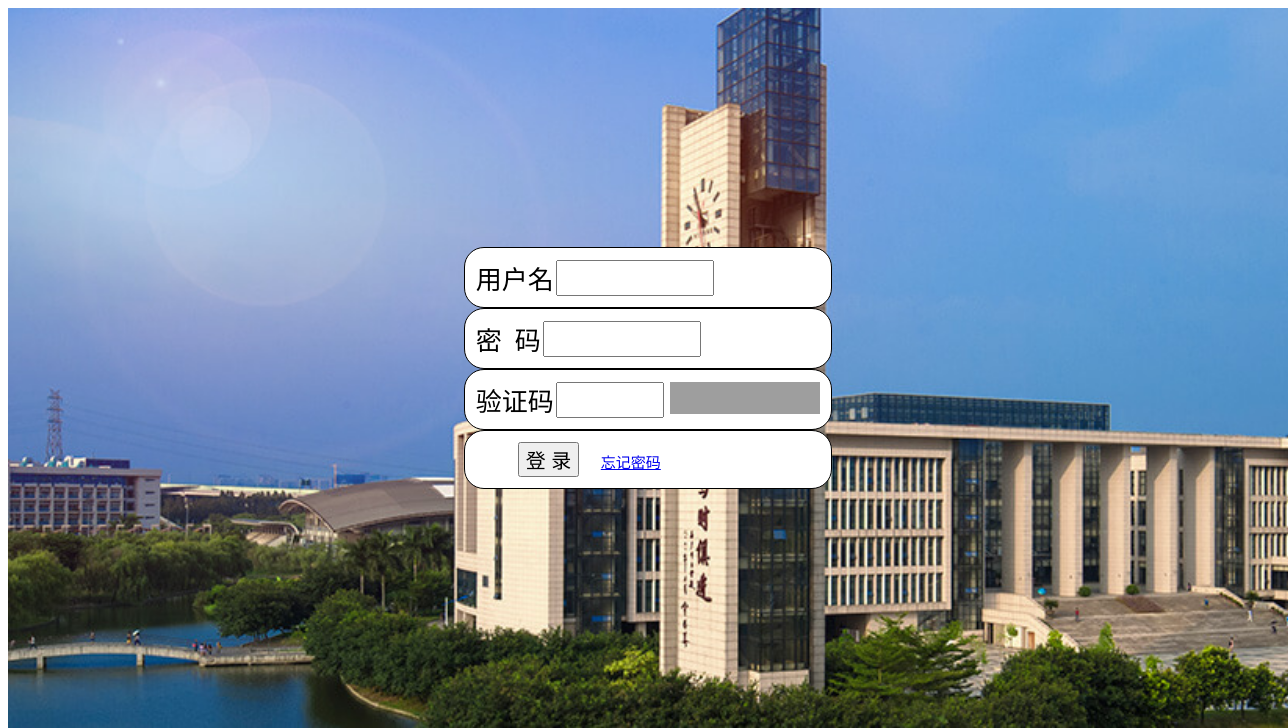
Repository: IAmJiangWenHao/ReportServer
Page: demo.html
These files come from the project's save history. The page is drawn as it stood at one moment and after the next save; the edit follows.
The browser window is 1280 px wide. The page is 1288 px wide, so the pictures cover 1288 px, including what lies to the right of the window. The pictures show the whole page.
Pictures or frames that could not be fetched are drawn as grey boxes.

Above is the page before, as saved 2023-05-16 12:07:51.

After the next save:
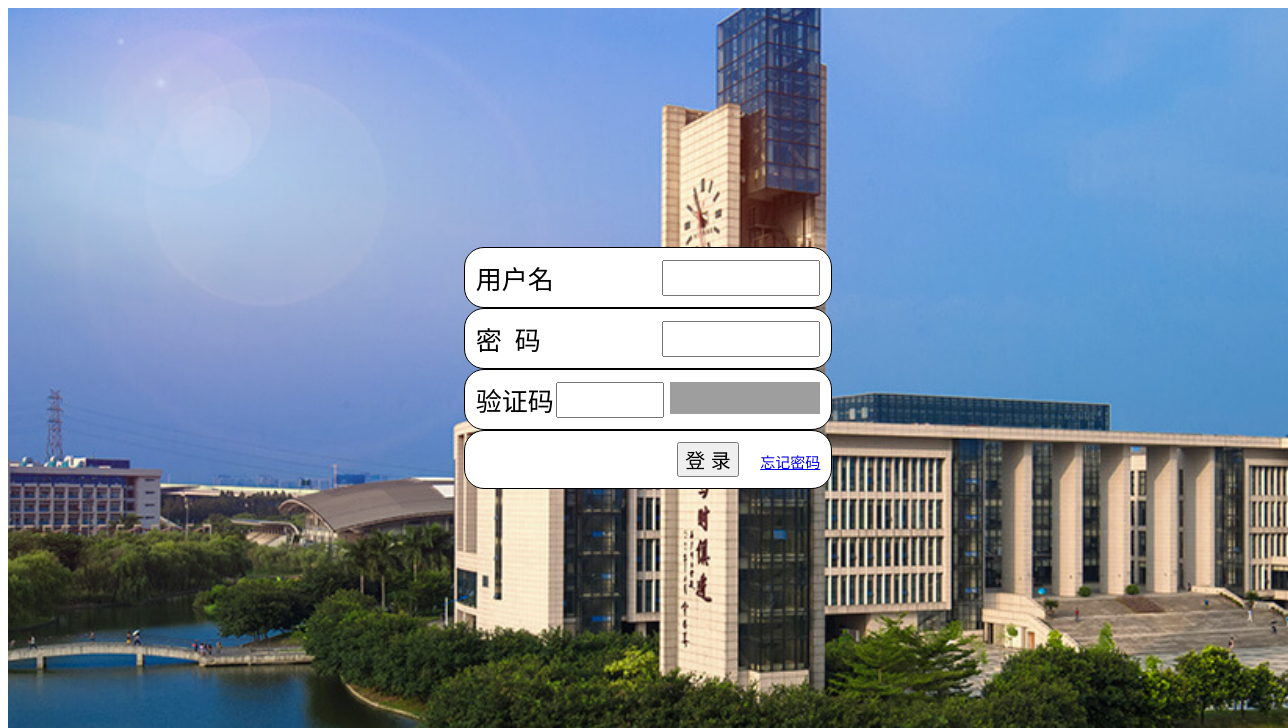
Saved 98 s later.
--- a/demo.html
+++ b/demo.html
@@ -34,6 +34,12 @@ table tbody tr{
       font-size: 26px;
       background-color: #fff;
       position: relative;
+
+
+
+
+
+justify-content: space-between
     }
     </style>
 
